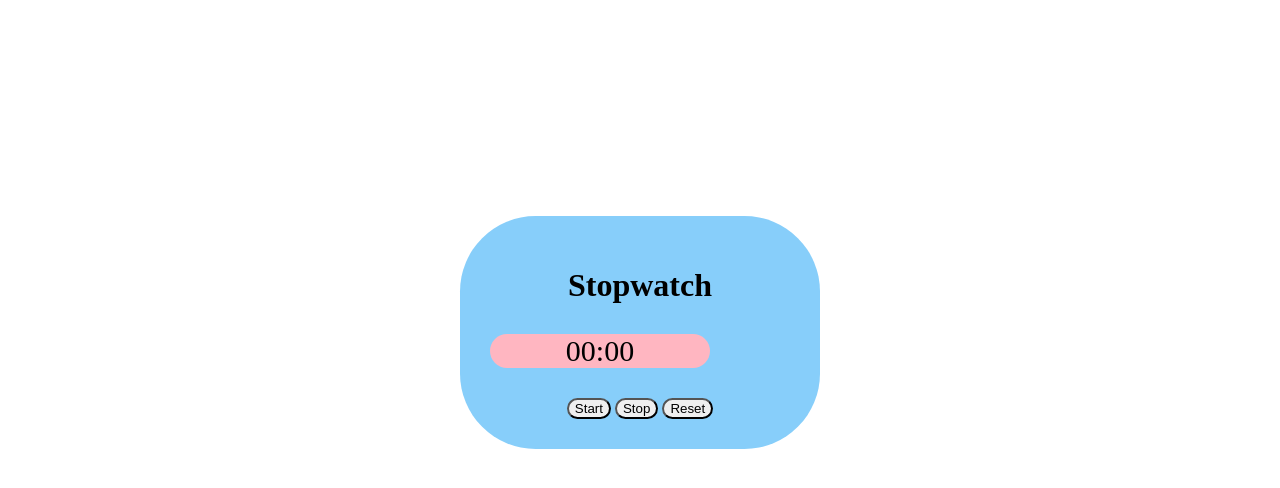
Repository: LeyaAbraham/web-dev
Page: clock.html
The author's editor kept a copy of each file at every save. The page is drawn from the files as they stood at one save, then again after the next save.
The browser window is 1280 px wide. The pictures show the whole page.

Above is the page before, as saved 2021-01-05 23:20:15.

### clock.html
<!DOCTYPE html>
<html>

<head>
    <title>Page Title</title>
    <link rel="stylesheet" href="style.css" type="text/css">

</head>

<body>
    <div id="wrap">
        <h1>Stopwatch</h1>
        <div id="time">
            <p><span id="seconds">00</span>:<span id="nano">00</span></p>
        </div>
        <button id="start">Start</button>
        <button id="stop">Stop</button>
        <button id="reset">Reset</button>
    </div>
    <script src="clock.js"></script>
</body>

</html>

### style.css
#wrap {
    background-color: lightskyblue;
    border-color: lightyellow;
    border-radius: 2cm;
    text-align: center;
    padding: 30px;
    margin: 30px;
    width: 300px;
    position: absolute;
	top:30%;
	left: 0;
	right: 0;

	margin: auto;

}

button {
    border-radius: 1cm;

}

p {
    font-size: 30px;
}

#time {
    background: lightpink;
    width: 100px;
    border-radius: 1cm;
    text-align: center;
    padding-right: 60px;
    padding-left: 60px;

}

### clock.js
window.onload = function () {

    var seconds = 00;
    var nano = 00;

    var interval;
    document.getElementById("start").onclick = start;
    document.getElementById("stop").onclick = stop;
    document.getElementById("reset").onclick = reset;

    function start() {

        interval = setInterval(runTimer, 10);

    }

    function stop() {
        clearInterval(interval);
    }

    function reset() {
        clearInterval(interval);
        nano = 00;
        seconds = 00;
        document.getElementById("nano").innerHTML = "00";
        document.getElementById("seconds").innerHTML = "00";
    }

    function runTimer() {
        var num = nano++;
        console.log(num);

        if (nano > 9) {
            console.log("in if");
            document.getElementById("nano").innerHTML = nano;
        }
        if (nano < 9) {
            document.getElementById("nano").innerHTML = "0" + nano;
        }
        if (nano > 99) {
            seconds++;
            nano = 0;
            document.getElementById("seconds").innerHTML = "0" + seconds;

        }

        if (seconds > 9) {
            document.getElementById("seconds") = seconds;
        }
    }
}

After the next save:
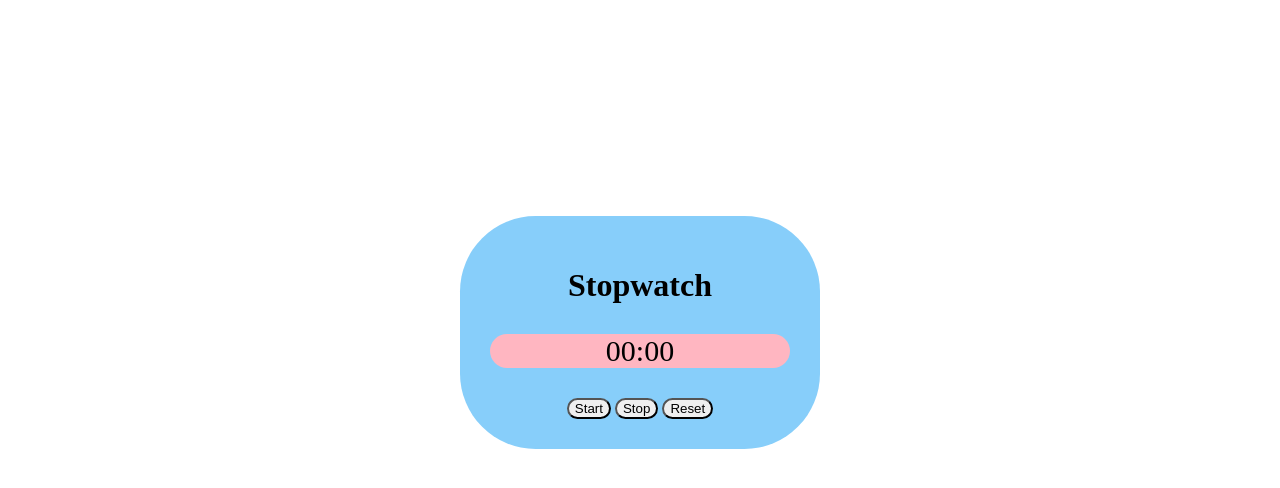
Saved 6 s later.
--- a/style.css
+++ b/style.css
@@ -29,7 +29,7 @@ p {
     width: 100px;
     border-radius: 1cm;
     text-align: center;
-    padding-right: 60px;
-    padding-left: 60px;
+    padding-right: 100px;
+    padding-left: 100px;
 
 }
